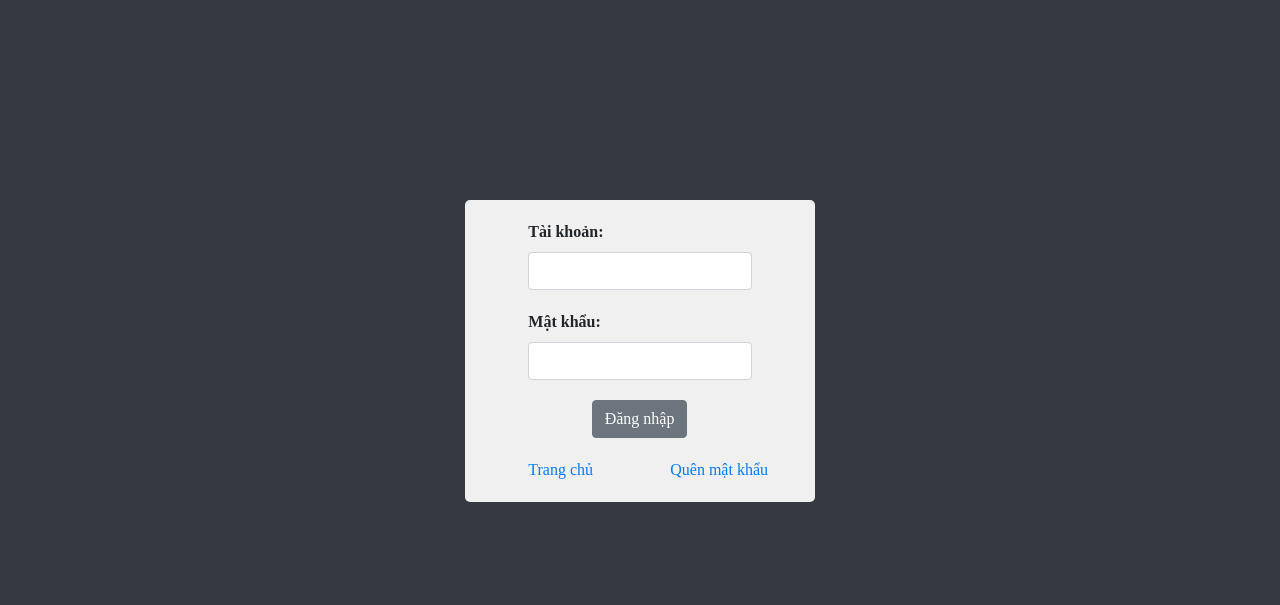
Repository: cuongnh2k/phimmoi
Page: http://localhost/phimmoi/Login.jsp
These files come from the project's save history. The page is drawn as it stood at one moment and after the next save; the edit follows.
The browser window is 1280 px wide. The pictures show the whole page.
Some web fonts or font styles are not loaded; a fallback is used. The page is served by Tomcat 9. Nobody is signed in. The application's start-up code is not run. Other server files are loaded and not shown.

Above is the page before, as saved 2021-08-23 02:58:32.

### phimmoi/src/main/webapp/Login.jsp
<%@ page language="java" contentType="text/html; charset=UTF-8"
	pageEncoding="UTF-8"%>
<%@ taglib prefix="c" uri="http://java.sun.com/jsp/jstl/core"%>
<!doctype html>
<html lang="vi-VN">
<head>
<!-- Required meta tags -->
<meta charset="utf-8">
<meta name="viewport"
	content="width=device-width, initial-scale=1, shrink-to-fit=no">
<!-- Bootstrap CSS -->
<link rel="stylesheet"
	href="https://cdn.jsdelivr.net/npm/bootstrap@4.6.0/dist/css/bootstrap.min.css"
	integrity="sha384-B0vP5xmATw1+K9KRQjQERJvTumQW0nPEzvF6L/Z6nronJ3oUOFUFpCjEUQouq2+l"
	crossorigin="anonymous">
<!-- Bootstrap JS -->
<script src="https://code.jquery.com/jquery-3.5.1.slim.min.js"
	integrity="sha384-DfXdz2htPH0lsSSs5nCTpuj/zy4C+OGpamoFVy38MVBnE+IbbVYUew+OrCXaRkfj"
	crossorigin="anonymous"></script>
<script
	src="https://cdn.jsdelivr.net/npm/bootstrap@4.6.0/dist/js/bootstrap.bundle.min.js"
	integrity="sha384-Piv4xVNRyMGpqkS2by6br4gNJ7DXjqk09RmUpJ8jgGtD7zP9yug3goQfGII0yAns"
	crossorigin="anonymous"></script>
<!-- Bootstrap ICON -->
<link rel="stylesheet"
	href="https://cdn.jsdelivr.net/npm/bootstrap-icons@1.5.0/font/bootstrap-icons.css">
<!-- font google -->
<link rel="stylesheet"
	href="https://fonts.googleapis.com/css?family=Sofia">
<title>Đăng nhập</title>
</head>

<style>
.khung {
	margin: auto;
	margin-top: 200px;
}

@media screen and (max-width: 500px) {
	.khung {
		margin-top: 150px;
	}
}

@media screen and (max-width: 450px) {
	.khung {
		margin-top: 100px;
	}
}

@media screen and (max-width: 400px) {
	.khung {
		margin-top: 50px;
	}
}

@media screen and (max-width: 350px) {
	.khung {
		margin-top: 0px;
	}
}
</style>
<body class="bg-dark" style="font-family: Trirong, serif;">
	<div
		style="width: 350px; border-radius: 5px; background-color: rgb(240, 240, 240);"
		class="khung">
		<form action="#" method="post">
			<div class="row">
				<div class="col-2"></div>
				<div class="col-8" style="margin-top: 20px;">
					<label for="taiKhoan"><b>Tài khoản:</b></label>
				</div>
				<div class="col-2"></div>
				<div class="col-2"></div>
				<div class="col-8">
					<input class="form-control" id="taiKhoan" name="taiKhoan"
						type="text">
				</div>
				<div class="col-2"></div>
				<div class="col-2"></div>
				<div class="col-8" style="margin-top: 20px;">
					<label for="matKhau"><b>Mật khẩu:</b></label>
				</div>
				<div class="col-2"></div>
				<div class="col-2"></div>
				<div class="col-8">
					<input class="form-control" id="matKhau" name="matKhau"
						type="password">
				</div>
				<div class="col-2"></div>

				<div class="col-4"></div>
				<div class="col-4" style="margin-top: 20px;">
					<input type="submit" value="Đăng nhập" class="btn btn-secondary">
				</div>
				<div class="col-4"></div>
				<div class="col-2"></div>
				<div class="col-4" style="margin-top: 20px; margin-bottom: 20px;">
					<a href="home" class="text-center">Trang chủ</a>
				</div>
				<div class="col-5 text-center" style="margin-top: 20px; margin-bottom: 20px;">
					<a href="#" class="text-center">Quên mật khẩu</a>
				</div>
				<div class="col-1"></div>
			</div>

		</form>
	</div>
</body>
</html>

After the next save:
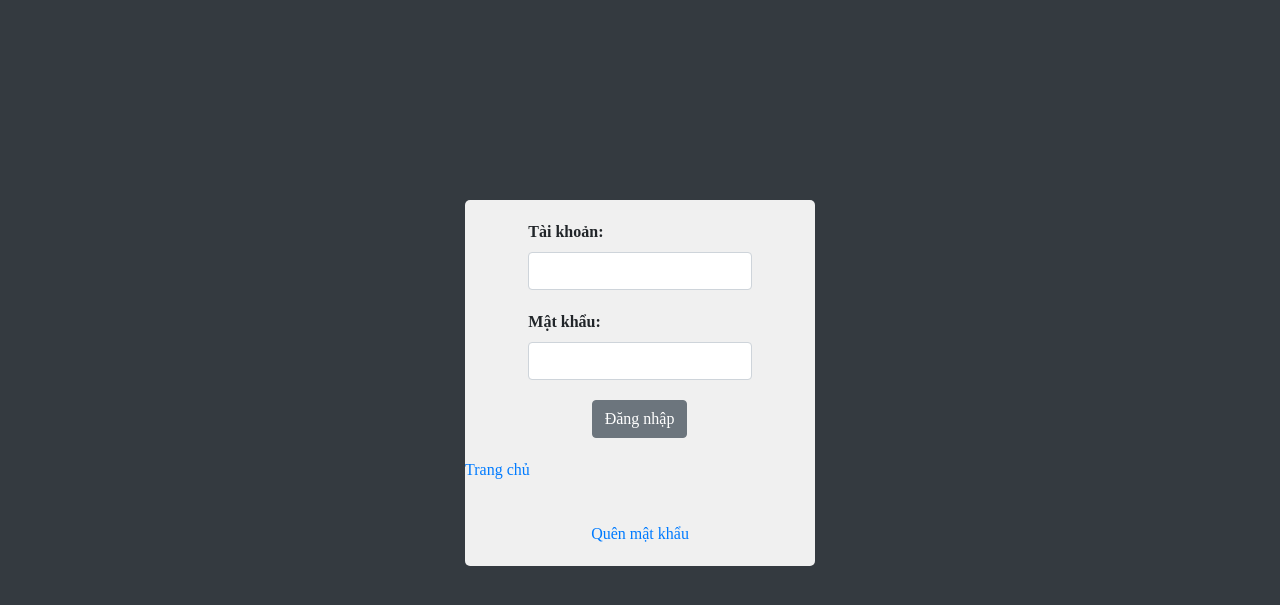
Saved 40 s later.
--- a/phimmoi/src/main/webapp/Login.jsp
+++ b/phimmoi/src/main/webapp/Login.jsp
@@ -94,14 +94,12 @@
 					<input type="submit" value="Đăng nhập" class="btn btn-secondary">
 				</div>
 				<div class="col-4"></div>
-				<div class="col-2"></div>
-				<div class="col-4" style="margin-top: 20px; margin-bottom: 20px;">
+				<div class="col-12" style="margin-top: 20px; margin-bottom: 20px;">
 					<a href="home" class="text-center">Trang chủ</a>
 				</div>
-				<div class="col-5 text-center" style="margin-top: 20px; margin-bottom: 20px;">
+				<div class="col-12 text-center" style="margin-top: 20px; margin-bottom: 20px;">
 					<a href="#" class="text-center">Quên mật khẩu</a>
 				</div>
-				<div class="col-1"></div>
 			</div>
 
 		</form>
